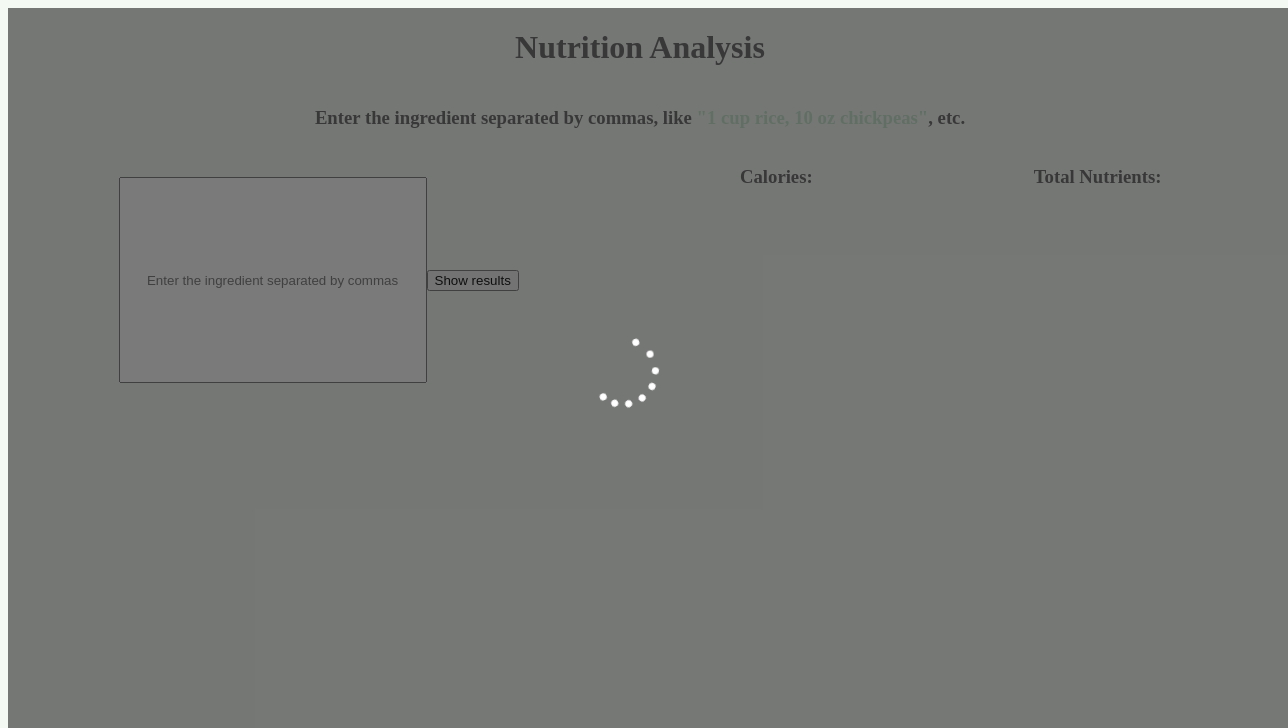
Repository: asya-aisa/nutrition-app
Page: /
The author's editor kept a copy of each file at every save. The page is drawn from the files as they stood at one save, then again after the next save.
The browser window is 1280 px wide. The page is 1288 px wide, so the pictures cover 1288 px, including what lies to the right of the window. The pictures show the whole page.
The page's requests for data from a server got no answer. The project was rebuilt for these pictures with package versions that can differ from the ones it lists, and the page was loaded fresh each time. No one was signed in, and anything a server would have sent is missing. Also part of the build but not shown: src/MyComponent.js.

Above is the page before, as saved 2023-09-25 20:56:47.

After the next save:
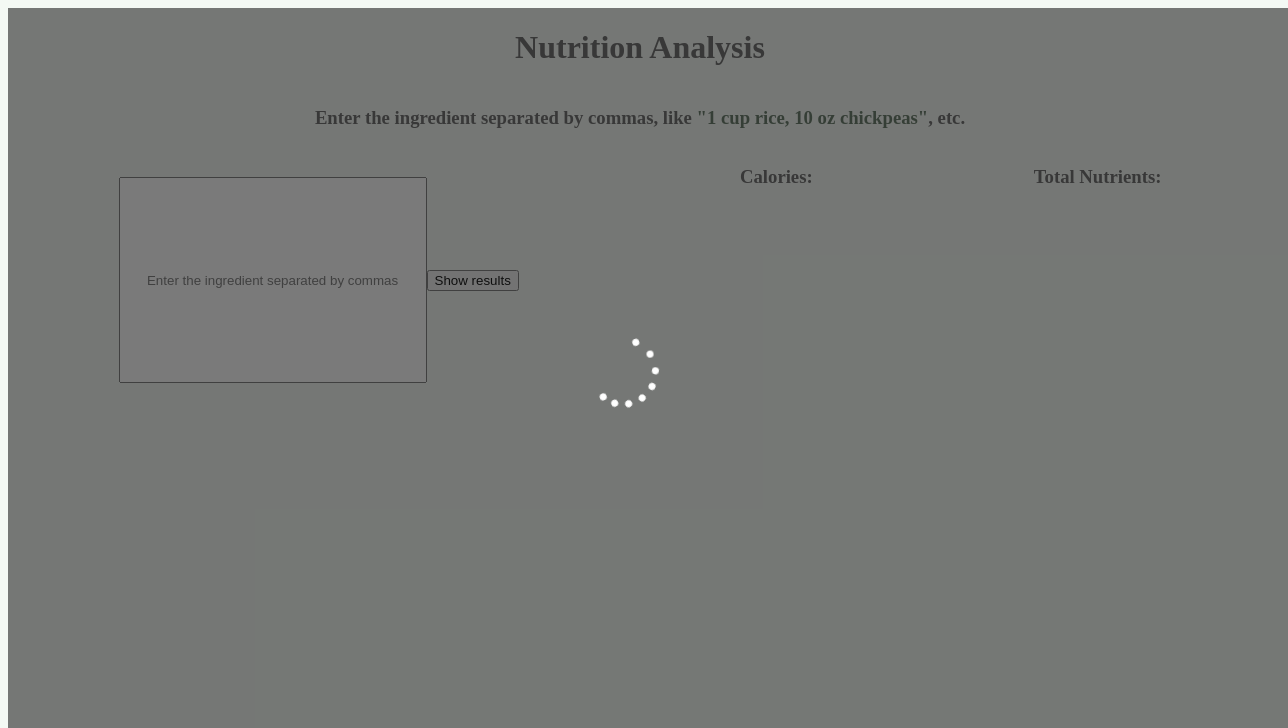
Saved 12 s later.
--- a/src/App.css
+++ b/src/App.css
@@ -24,5 +24,5 @@ input::placeholder {
   text-align: center;
 }
 span {
-  color: #C4E3CB;
+  color: #5C715E;
 }
